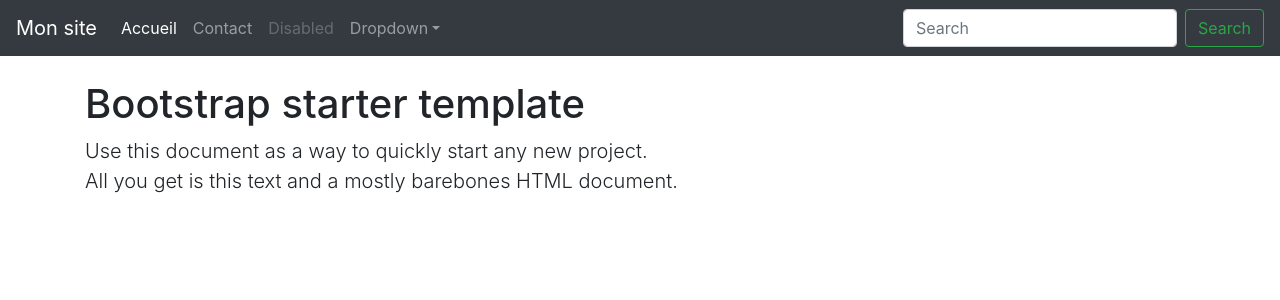
Repository: Alex-Serky/Backend_PHP
Page: http://localhost/
An editor plug-in stored every save of this project. The page is shown before and after the next save, followed by the edit.
The browser window is 1280 px wide. The pictures show the whole page.
Some web libraries are served in a nearby version. The page is run by PHP 8.4 with error messages shown; the project is at /var/www/html/.

Above is the page before, as saved 2020-07-20 15:19:18.

After the next save:
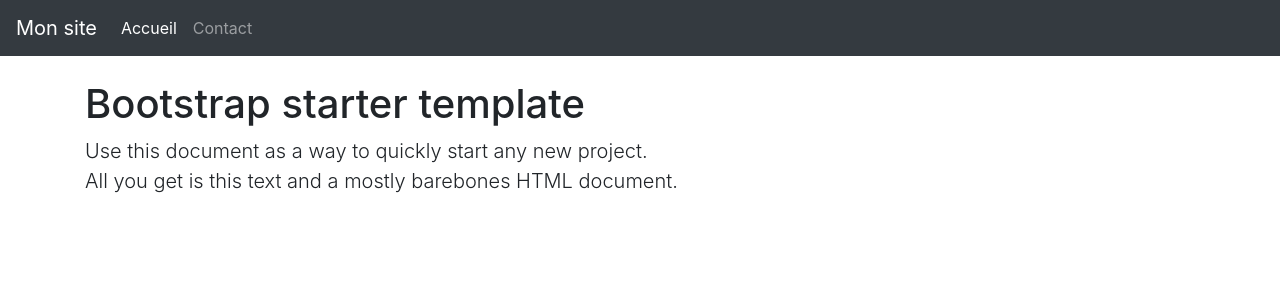
Saved 9 min 14 s later.
--- a/header.php
+++ b/header.php
@@ -31,22 +31,7 @@
                 <li class="nav-item">
                     <a class="nav-link" href="./contact.php">Contact</a>
                 </li>
-                <li class="nav-item">
-                    <a class="nav-link disabled" href="#">Disabled</a>
-                </li>
-                <li class="nav-item dropdown">
-                    <a class="nav-link dropdown-toggle" href="http://example.com" id="dropdown01" data-toggle="dropdown" aria-haspopup="true" aria-expanded="false">Dropdown</a>
-                    <div class="dropdown-menu" aria-labelledby="dropdown01">
-                        <a class="dropdown-item" href="#">Action</a>
-                        <a class="dropdown-item" href="#">Another action</a>
-                        <a class="dropdown-item" href="#">Something else here</a>
-                    </div>
-                </li>
             </ul>
-            <form class="form-inline my-2 my-lg-0">
-                <input class="form-control mr-sm-2" type="text" placeholder="Search" aria-label="Search">
-                <button class="btn btn-outline-success my-2 my-sm-0" type="submit">Search</button>
-            </form>
         </div>
     </nav>
 
